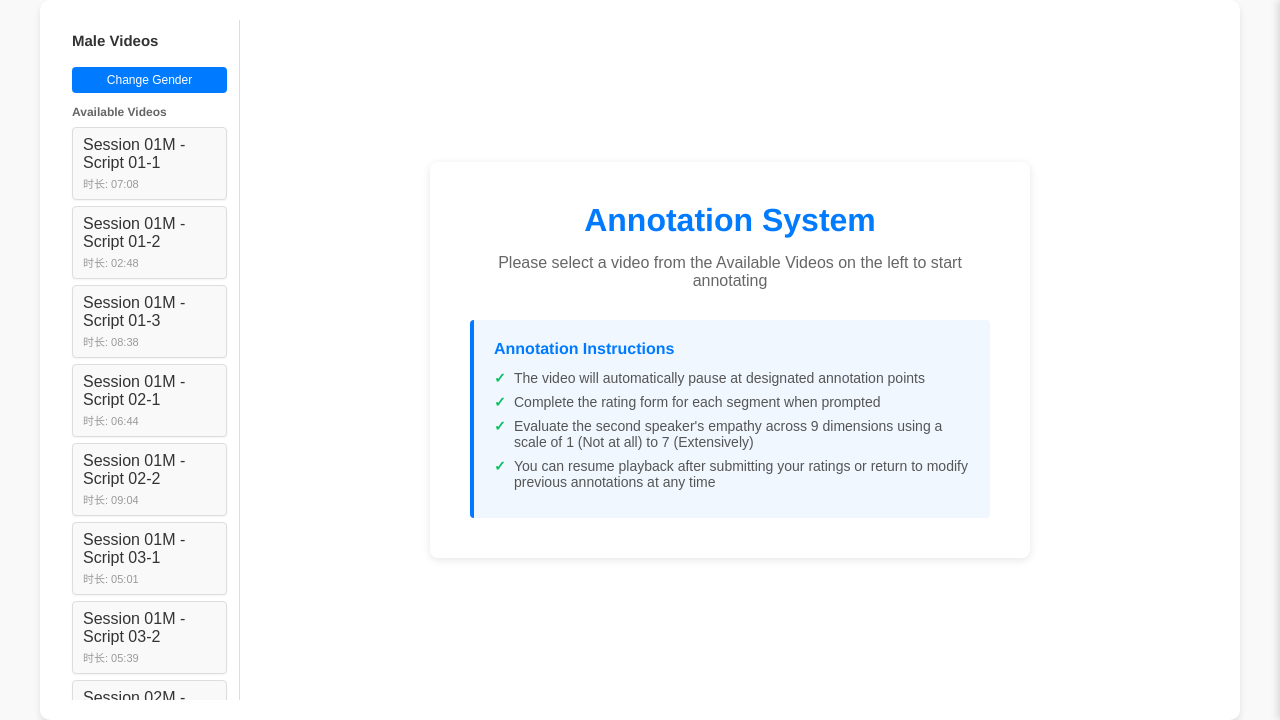
Repository: Matsuyou-Wang/MPES-system
Page: annotation.html
These files come from the project's save history. The page is drawn as it stood at one moment and after the next save; the edit follows.
The browser window is 1280 px wide. The pictures show the whole page.

Above is the page before, as saved 2025-11-25 14:06:06.

After the next save:
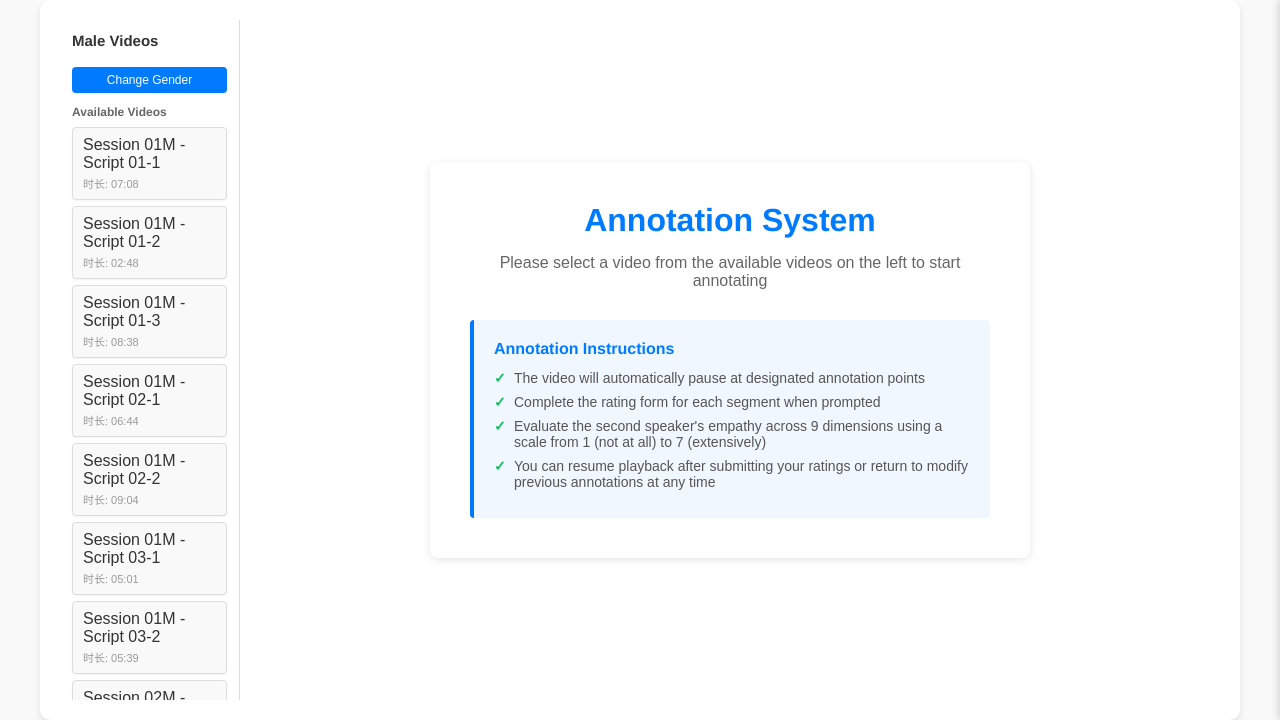
Saved 42 s later.
--- a/annotation.html
+++ b/annotation.html
@@ -28,14 +28,14 @@
             <div id="selectionView" class="view active">
                 <div class="welcome-box">
                     <h1>Annotation System</h1>
-                    <p>Please select a video from the Available Videos on the left to start annotating</p>
+                    <p>Please select a video from the available videos on the left to start annotating</p>
 
                     <div class="info-box">
                         <h3>Annotation Instructions</h3>
                         <ul>
                             <li>The video will automatically pause at designated annotation points</li>
                             <li>Complete the rating form for each segment when prompted</li>
-                            <li>Evaluate the second speaker's empathy across 9 dimensions using a scale of 1 (Not at all) to 7 (Extensively)</li>
+                            <li>Evaluate the second speaker's empathy across 9 dimensions using a scale from 1 (not at all) to 7 (extensively)</li>
                             <li>You can resume playback after submitting your ratings or return to modify previous annotations at any time</li>
                         </ul>
                     </div>
